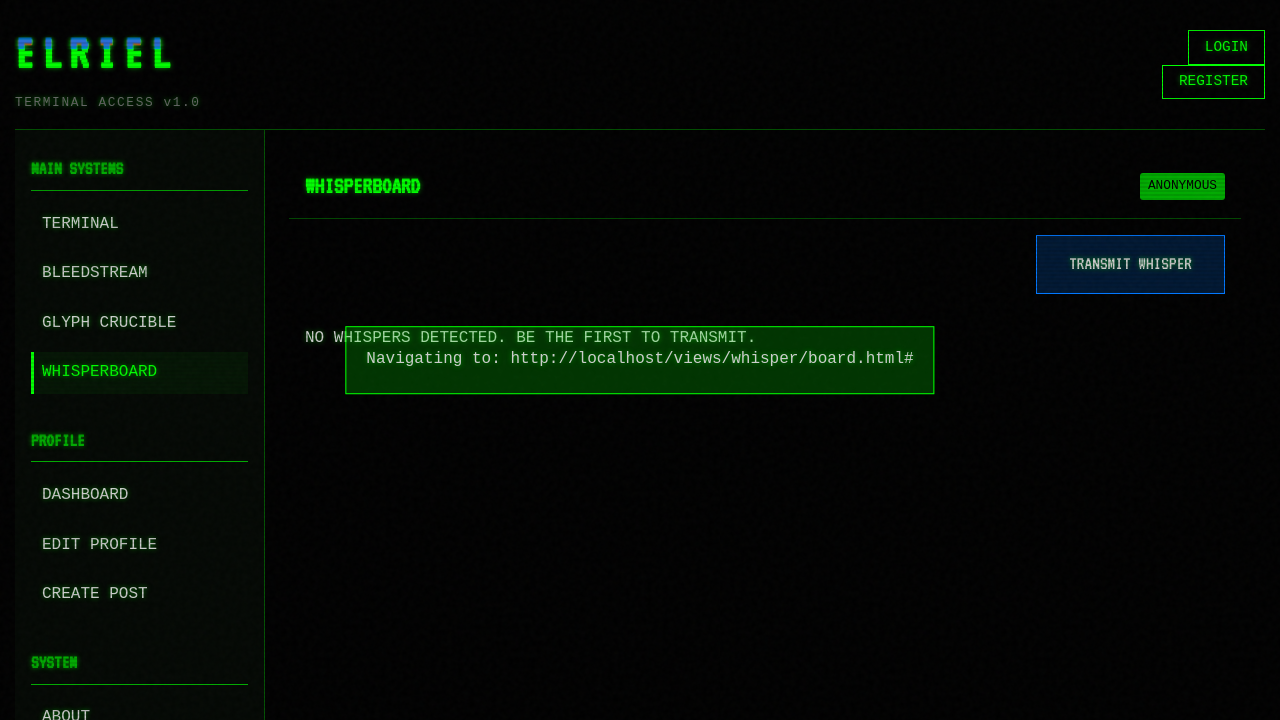
Repository: numbpill3d/elriel_1.0-forum
Page: views/whisper/board.html
The author's editor kept a copy of each file at every save. The page is drawn from the files as they stood at one save, then again after the next save.
The browser window is 1280 px wide. The pictures show the whole page.
After loading, the first visible `#toggle-glitch` was clicked once.
An inner scrolling area shows only its first screen. Some web fonts or font styles are not loaded; a fallback is used.

Above is the page before, as saved 2025-04-23 11:58:05.

After the next save:
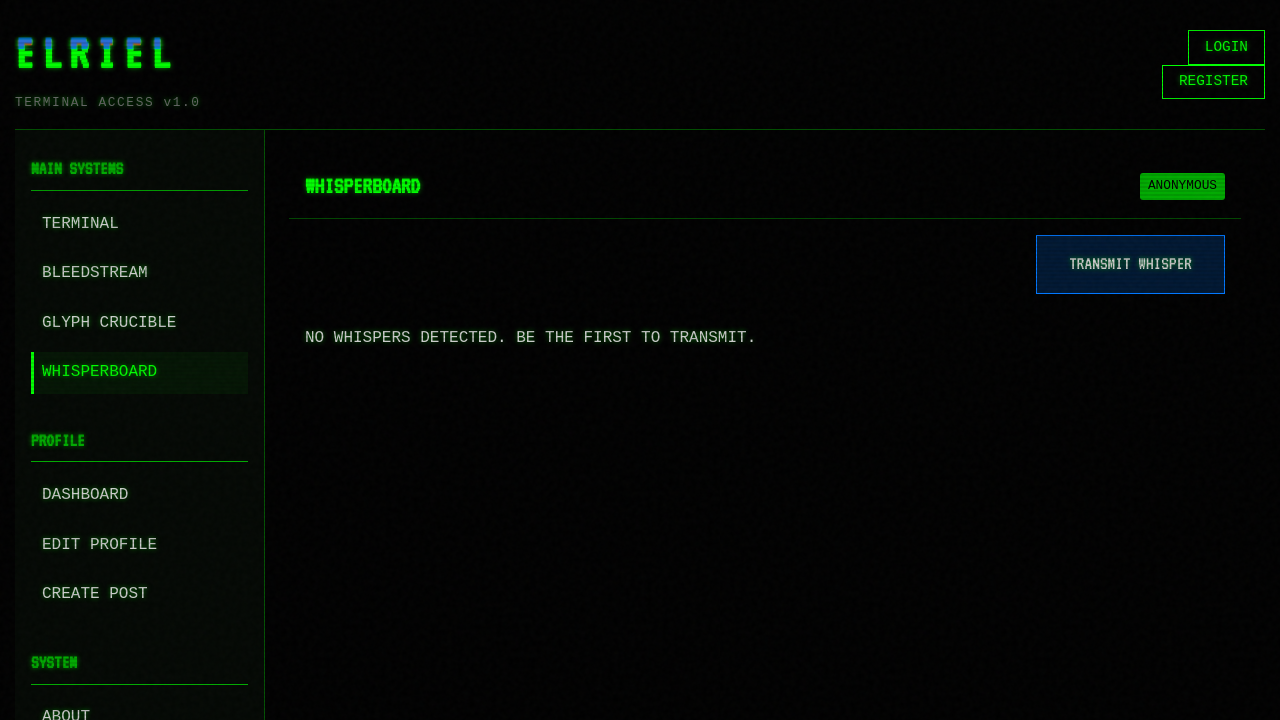
Saved 6 min 42 s later.
--- a/public/js/navigation-debug.js
+++ b/public/js/navigation-debug.js
@@ -9,38 +9,13 @@ window.navigationDebug = true;
 document.addEventListener('DOMContentLoaded', function() {
   console.log("[NAV DEBUG] Page loaded:", window.location.pathname);
 
-  // Add event listeners to all links
+  // Just log navigation without intercepting it
   const links = document.querySelectorAll('a[href]');
   links.forEach(link => {
     const originalHref = link.getAttribute('href');
     link.addEventListener('click', function(e) {
       if (window.navigationDebug) {
         console.log("[NAV DEBUG] Link clicked:", this.href);
-        if (this.href.includes('/feed/') ||
-            this.href.includes('/glyph/') ||
-            this.href.includes('/whisper/') ||
-            this.href.includes('/terminal/')) {
-          e.preventDefault();
-          console.log("[NAV DEBUG] Special navigation to:", this.href);
-
-          // Show a temporary message
-          const msg = document.createElement('div');
-          msg.style.position = 'fixed';
-          msg.style.top = '50%';
-          msg.style.left = '50%';
-          msg.style.transform = 'translate(-50%, -50%)';
-          msg.style.padding = '20px';
-          msg.style.background = 'rgba(0, 255, 0, 0.2)';
-          msg.style.border = '1px solid #00ff00';
-          msg.style.zIndex = '9999';
-          msg.innerText = 'Navigating to: ' + this.href;
-          document.body.appendChild(msg);
-
-          // Delay navigation to allow seeing the message
-          setTimeout(() => {
-            window.location.href = this.href;
-          }, 500);
-        }
       }
     });
   });
